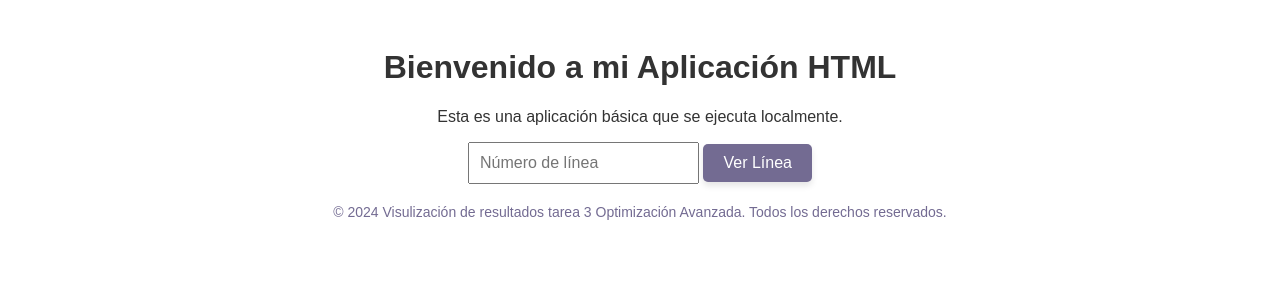
Repository: cflorido/Front_T3
Page: index.html
An editor plug-in stored every save of this project. The page is shown before and after the next save, followed by the edit.
The browser window is 1280 px wide. The pictures show the whole page.

Above is the page before, as saved 2024-10-22 19:01:29.

After the next save:
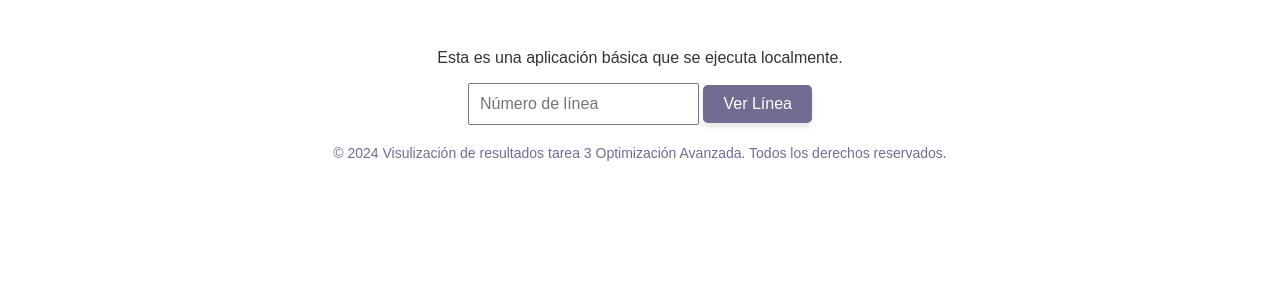
Saved 43 s later.
--- a/index.html
+++ b/index.html
@@ -70,7 +70,12 @@
     </style>
 </head>
 <body>
-    <h1>Bienvenido a mi Aplicación HTML</h1>
+    <h1>
+
+
+
+
+    </h1>
     <p>Esta es una aplicación básica que se ejecuta localmente.</p>
 
     <input type="number" id="numeroLinea" placeholder="Número de línea" min="1" style="padding: 10px; font-size: 16px;">
